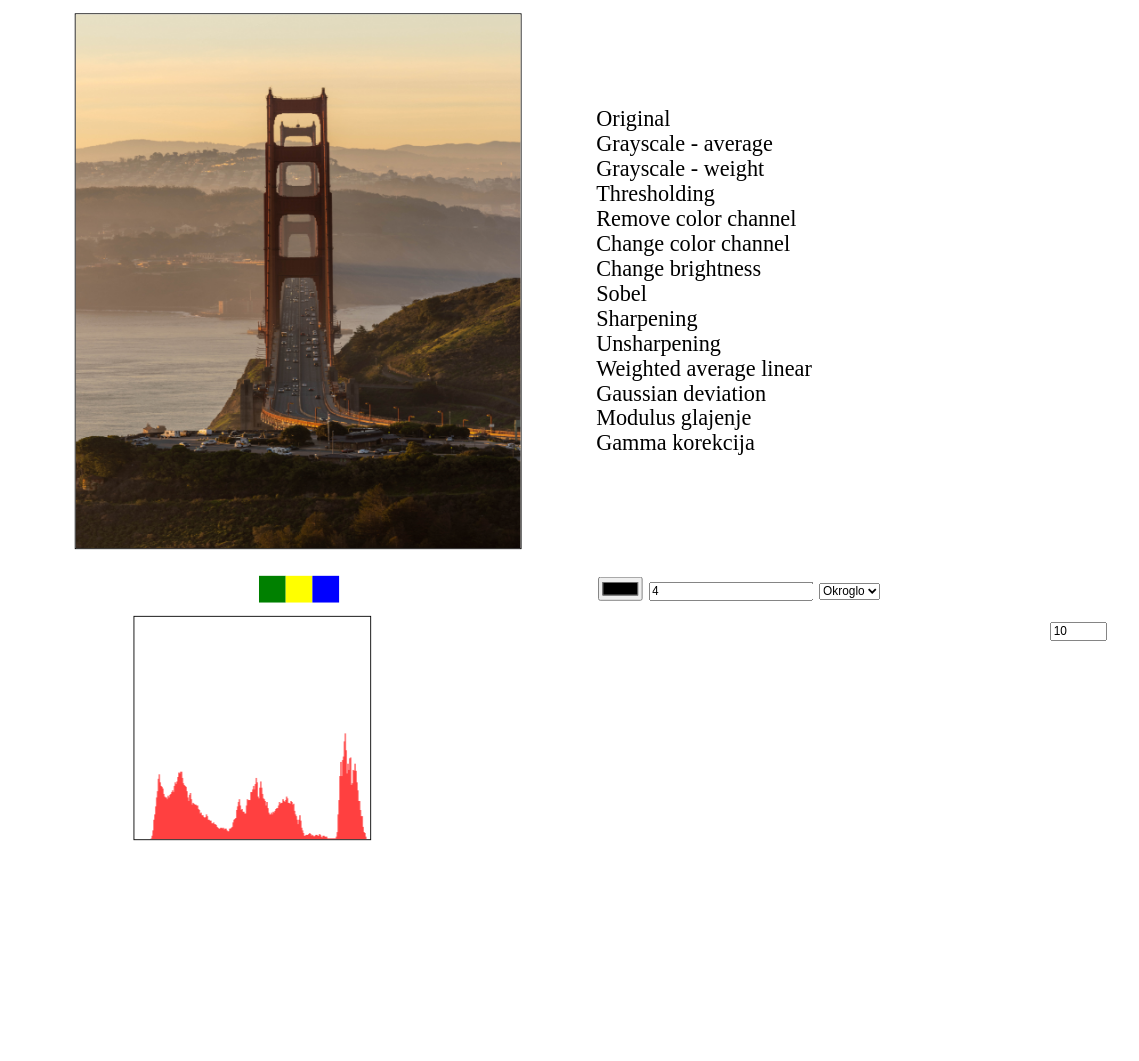
Repository: fussionko/web_photoshop
Page: index.html
These files come from the project's save history. The page is drawn as it stood at one moment and after a run of saves; the edit follows.
The browser window is 1280 px wide. The pictures show the whole page, at 89% of full size.

Above is the page before, as saved 2022-04-28 14:24:00.

After the next 2 saves:
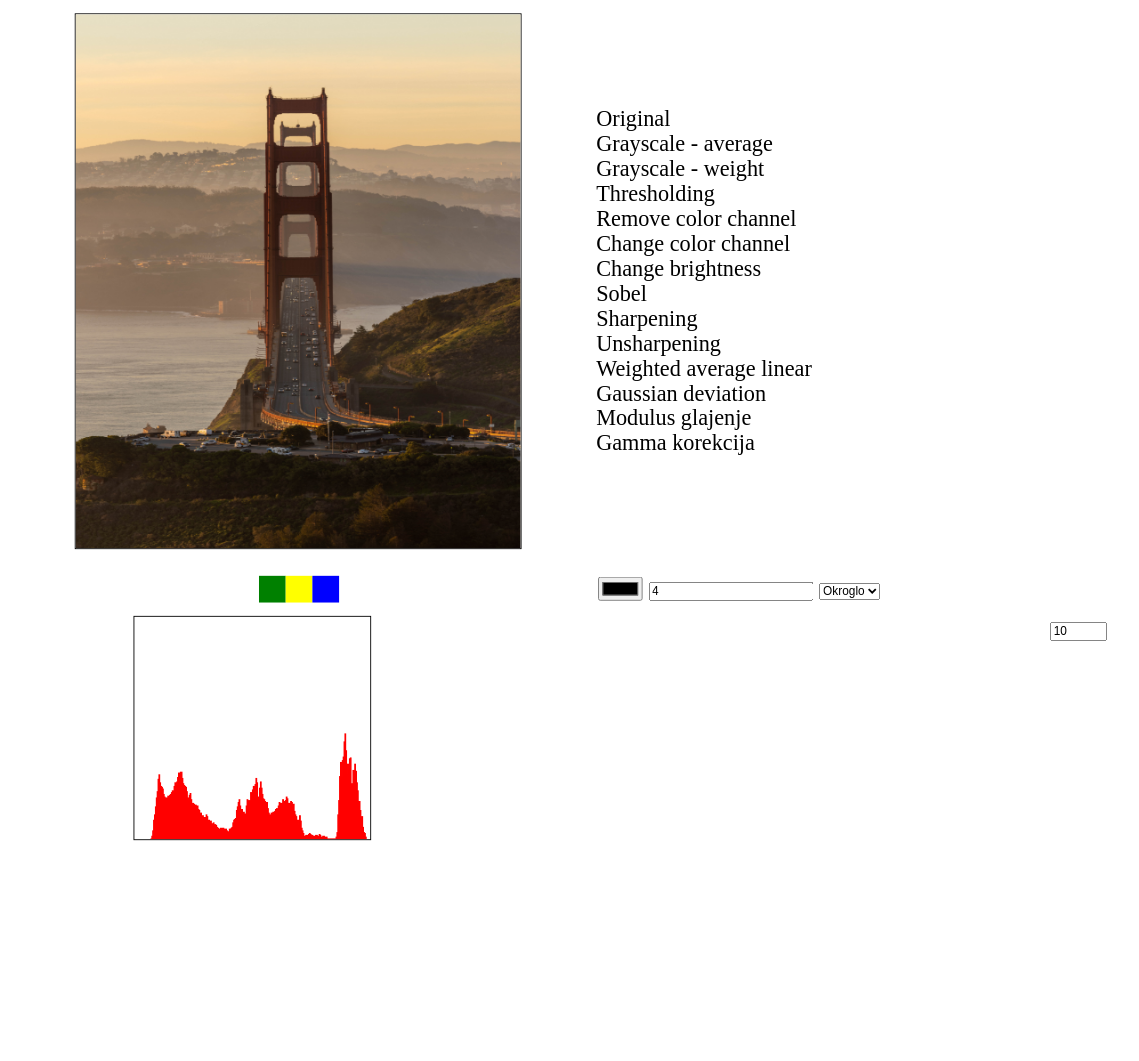
The 2 saves are shown as one change because they came seconds apart.
The last was saved 78 s later.
--- a/graph.js
+++ b/graph.js
@@ -101,7 +101,7 @@ function normalizeGraph()
             graph[c][range] = Math.round(graph[c][range]/normalization_value);
 }
 
-let i = 100;
+let i = 0;
 function draw_graph_animation()
 {
     for(let range in graph["r"])
@@ -115,7 +115,7 @@ function draw_graph_animation()
         graph_ctx.stroke();
         graph_ctx.closePath();
     }
-    if(i == 100)
+    if(i == 256)
     {
         i=0;
         return;
